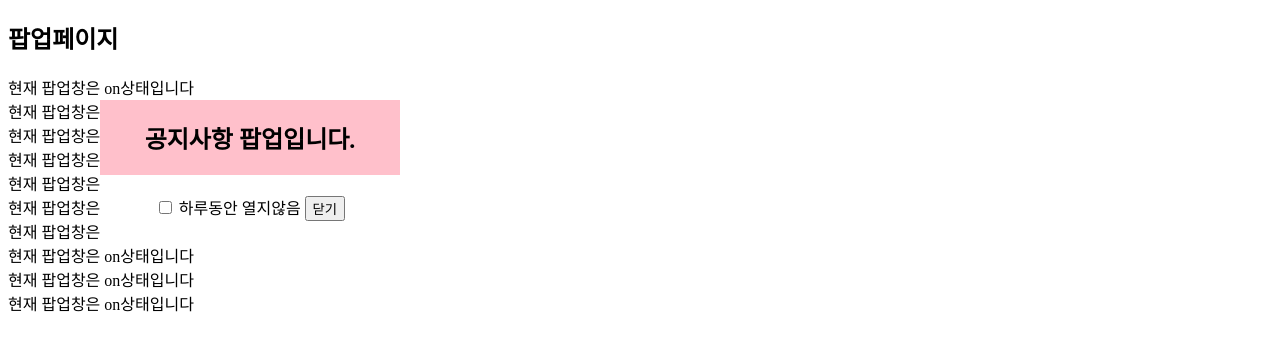
Repository: design-view/jspstudy
Page: http://localhost/GreenJsp/05cookiesession/popuppage.jsp
The author's editor kept a copy of each file at every save. The page is drawn from the files as they stood at one save, then again after the next save.
The browser window is 1280 px wide. The pictures show the whole page.
The page is served by Tomcat 9.

Above is the page before, as saved 2024-01-16 05:35:54.

After the next save:
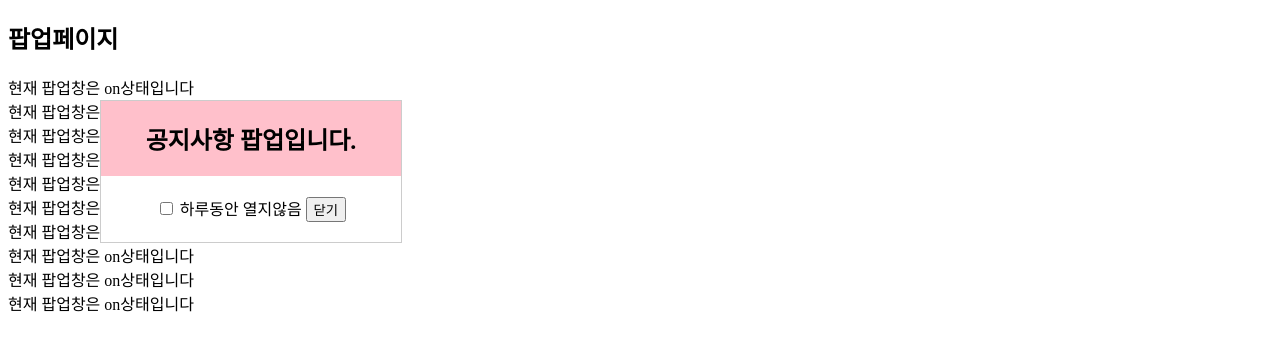
Saved 74 s later.
--- a/GreenJsp/src/main/webapp/05cookiesession/popuppage.jsp
+++ b/GreenJsp/src/main/webapp/05cookiesession/popuppage.jsp
@@ -16,6 +16,7 @@
 		width: 300px;
 		background: pink;
 		text-align:center;
+		border: 1px solid #ccc;
 	}
 	#popup div {
 		background: #fff;
